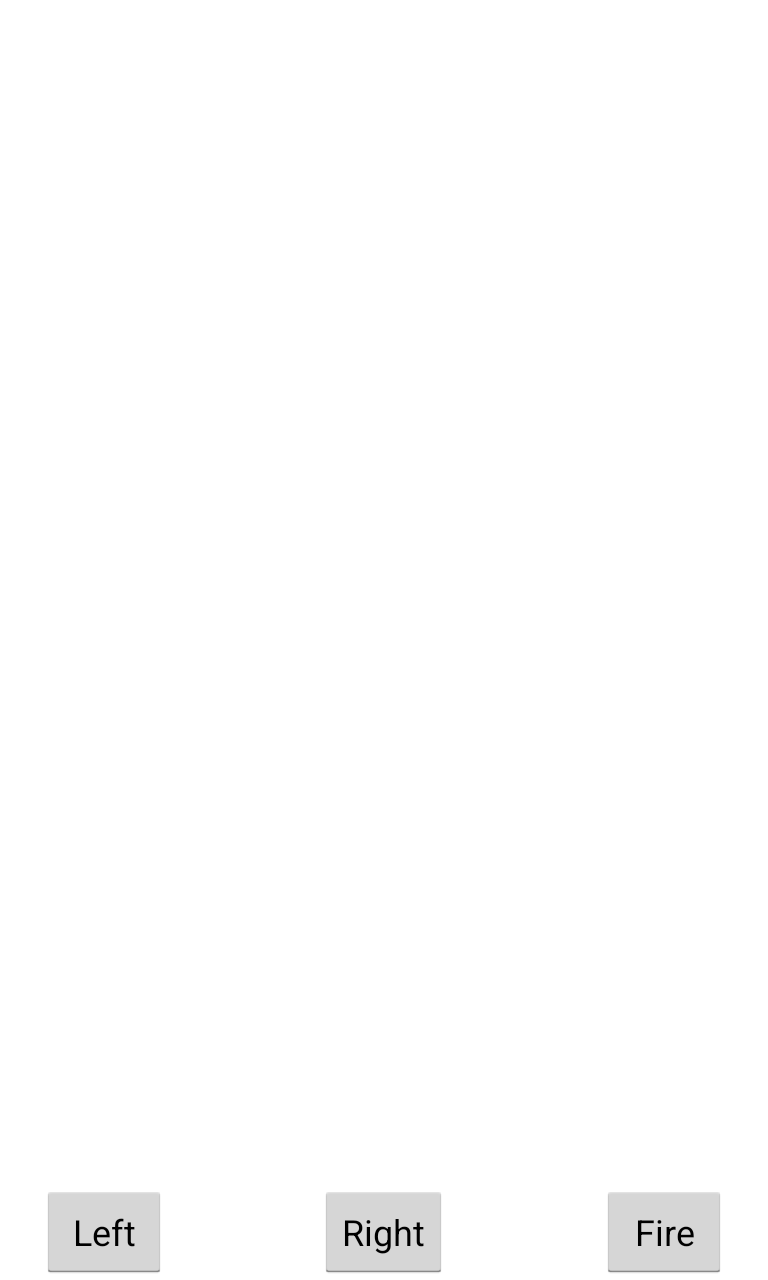
Repository: Benngard/Bengan-Boys
Layout: Hyperion/res/layout/playfield_layout.xml
The author's editor kept a copy of each file at every save. The layout is drawn from the files as they stood at one save, then again after the next save.
It is drawn on a 768 x 1280 px phone screen (xhdpi) without system bars, with theme AppTheme; the app's code is not run. The app's manifest (not shown) leaves right-to-left support off. So textAlignment, textDirection and layoutDirection are ignored, and left and right values win over start and end ones.

Above is the layout before, as saved 2015-10-05 01:57:03.

### Hyperion/res/layout/playfield_layout.xml
<?xml version="1.0" encoding="utf-8"?>
<RelativeLayout xmlns:android="http://schemas.android.com/apk/res/android"
    android:layout_width="match_parent"
    android:layout_height="match_parent" >

    <Button
        android:id="@+id/button_left"
        android:layout_width="wrap_content"
        android:layout_height="wrap_content"
        android:layout_alignParentBottom="true"
        android:layout_alignParentLeft="true"
        android:layout_alignParentStart="true"
        android:layout_marginStart="20dp"
        android:layout_marginLeft="20dp"
        android:text="@string/left" />

    <Button
        android:id="@+id/button_fire"
        android:layout_width="wrap_content"
        android:layout_height="wrap_content"
        android:layout_alignParentBottom="true"
        android:layout_alignParentRight="true"
        android:layout_alignParentEnd="true"
        android:layout_marginEnd="20dp"
        android:layout_marginRight="20dp"
        android:text="@string/fire" />

    <Button
        android:id="@+id/button_right"
        android:layout_width="wrap_content"
        android:layout_height="wrap_content"
        android:layout_alignBaseline="@+id/button_fire"
        android:layout_alignBottom="@+id/button_fire"
        android:layout_centerHorizontal="true"
        android:text="@string/right" />

</RelativeLayout>

### Hyperion/res/values/strings.xml
<resources>

    <string name="app_name">Hyperion</string>

    <string name="fire">Fire</string>
    <string name="left">Left</string>
    <string name="right">Right</string>

</resources>

Loaded but not shown: Hyperion/res/values/styles.xml (common file); Hyperion/res/values-v11/styles.xml (common file); Hyperion/res/values-v14/styles.xml (common file)

After the next save:
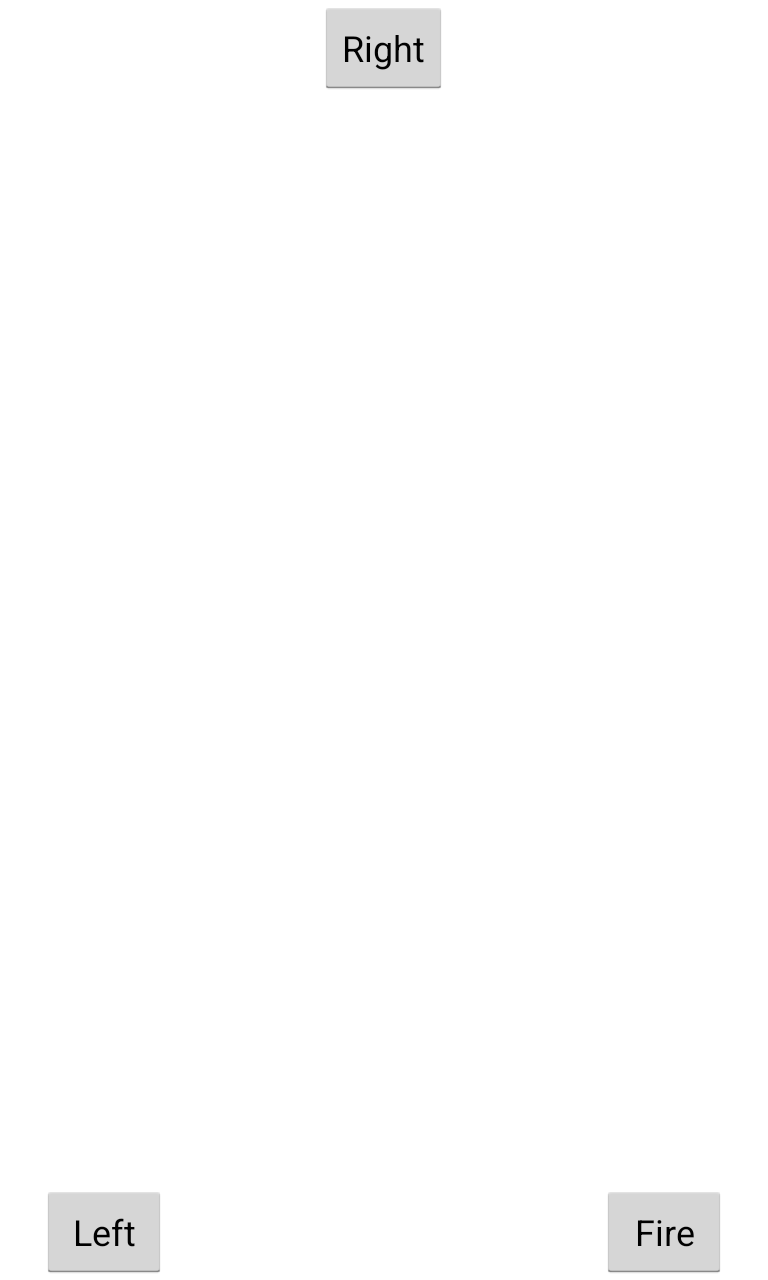
Saved 21 s later.
--- a/Hyperion/res/layout/playfield_layout.xml
+++ b/Hyperion/res/layout/playfield_layout.xml
@@ -15,7 +15,7 @@
         android:text="@string/left" />
 
     <Button
-        android:id="@+id/button_fire"
+        android:id="@+id/button_right"
         android:layout_width="wrap_content"
         android:layout_height="wrap_content"
         android:layout_alignParentBottom="true"
@@ -26,7 +26,7 @@
         android:text="@string/fire" />
 
     <Button
-        android:id="@+id/button_right"
+        android:id="@+id/button_fire"
         android:layout_width="wrap_content"
         android:layout_height="wrap_content"
         android:layout_alignBaseline="@+id/button_fire"
